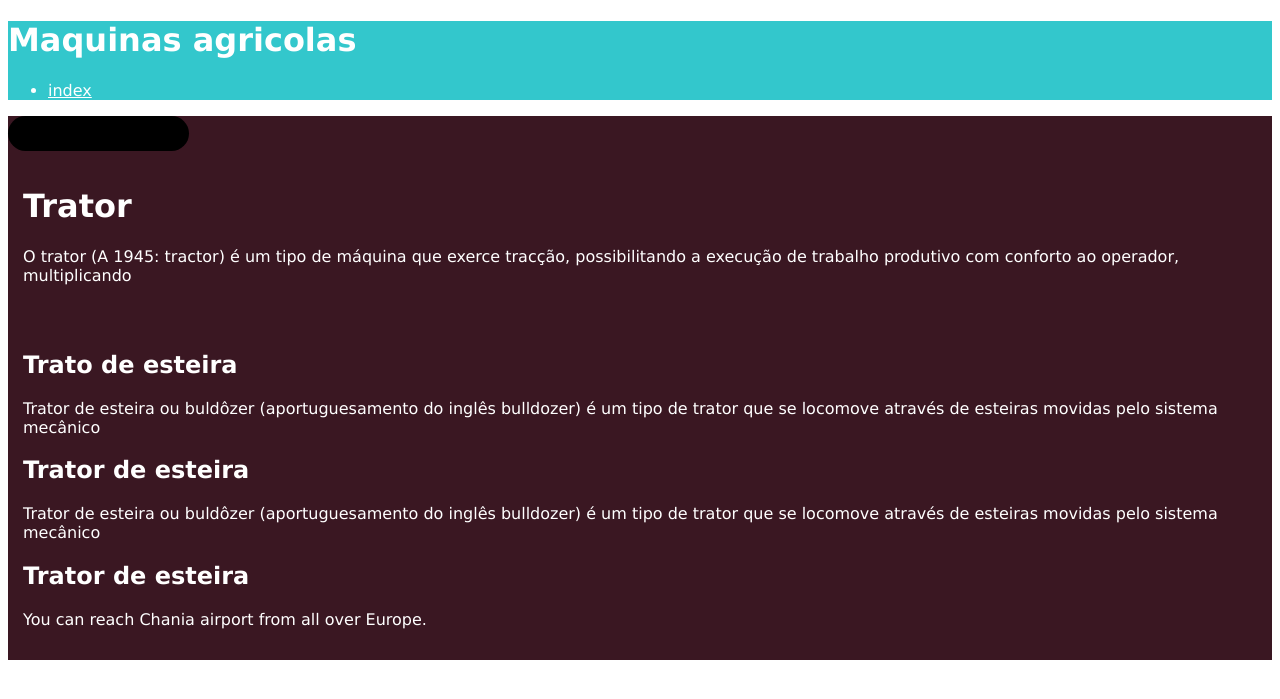
Repository: ecrseer/pesquisa-carros-html
Page: news.html
The author's editor kept a copy of each file at every save. The page is drawn from the files as they stood at one save, then again after the next save.
The browser window is 1280 px wide. The pictures show the whole page.

Above is the page before, as saved 2022-01-21 16:18:17.
Console error: TypeError: Cannot read properties of undefined (reading 'fn')

After the next save:
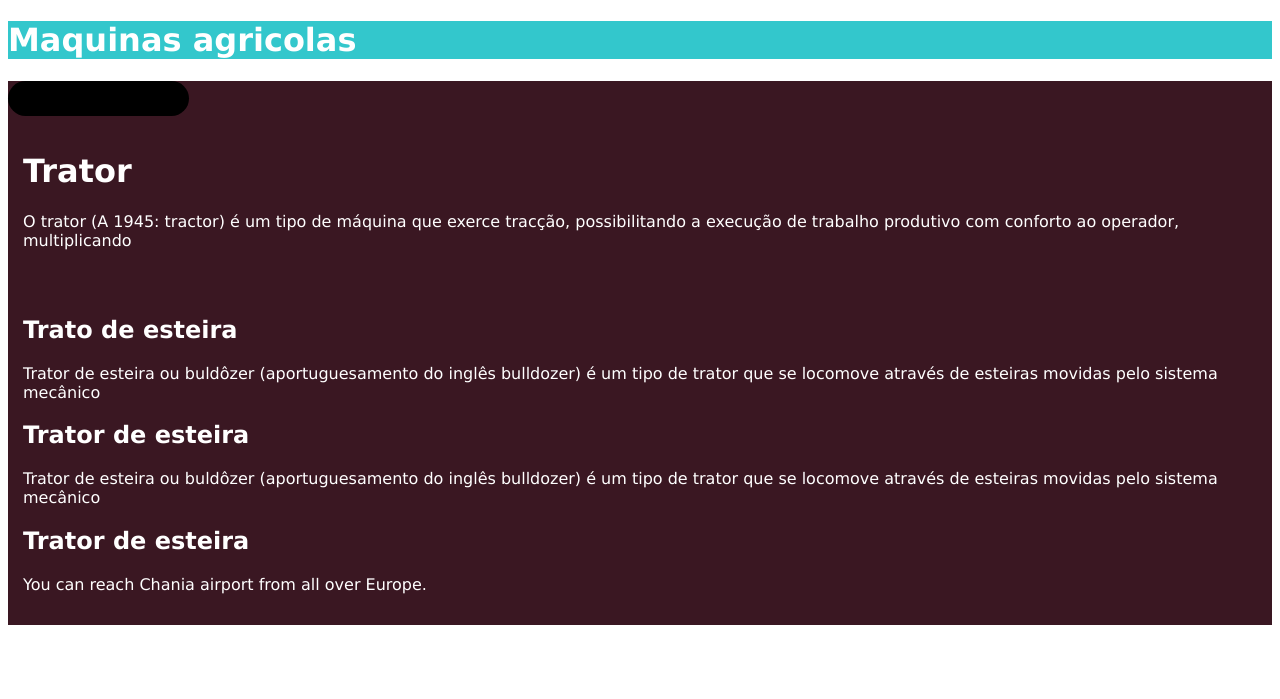
Saved 9 s later.
--- a/news.html
+++ b/news.html
@@ -17,12 +17,7 @@
     <div class="header">
         <h1>Maquinas agricolas</h1>
         <nav >
-            <ul class="topbtns">
-                <li>
-                    <a href="/index.html">index </a>
-                </li>
 
-            </ul>
         </nav>
       </div>
 
